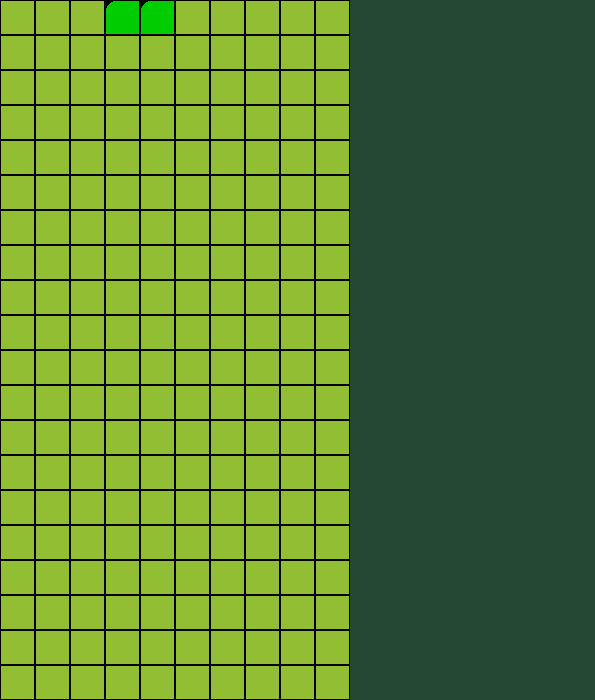
Repository: lucacdev/Tetris
Script's output: python assets/main.py
An editor plug-in stored every save of this project. The script's output is shown before and after the next save, followed by the edit.
The window is shown after at most 60 frames with no key pressed. Random numbers start from a fixed seed.

Above is the script's output before, as saved 2024-03-02 14:06:51.

### assets/main.py
from settings import *
from tetris import Tetris
import sys
import pathlib

class App:
    def __init__(self):
        pg.init()
        pg.display.set_caption('Tetris')
        self.screen = pg.display.set_mode(WIN_RES)
        self.clock = pg.time.Clock()
        self.set_timer()
        # self.images = self.load_images()
        self.tetris = Tetris(self)

    """ def load_images(self):
        files = [item for item in pathlib.Path(SPRITE_DIR_PATH).rglob('*.png') if item.is_file()]
        images = [pg.image.load(file).convert_alpha() for file in files]
        images = [pg.transform.scale(image, (TILE_SIZE, TILE_SIZE)) for image in images]
        return images """

    def set_timer(self):
        self.user_event = pg.USEREVENT
        self.fast_user_event = pg.USEREVENT + 1
        self.anim_trigger = False
        self.fast_anim_trigger = False
        pg.time.set_timer(self.user_event, ANIM_TIME_INTERVAL)
        pg.time.set_timer(self.fast_user_event, FAST_ANIM_TIME_INTERVAL)

    def update(self):
        self.tetris.update()
        self.clock.tick(FPS)

    def draw(self):
        self.screen.fill(color=BG_COLOUR)
        self.screen.fill(color=FIELD_COLOUR, rect=(0, 0, *FIELD_RES))
        self.tetris.draw()
        pg.display.flip()

    def check_events(self):
        self.anim_trigger = False
        self.fast_anim_trigger = False
        for event in pg.event.get():
            if event.type == pg.QUIT or (event.type == pg.KEYDOWN and event.key == pg.K_ESCAPE):
                pg.quit()
                sys.exit()
            elif event.type == pg.KEYDOWN:
                self.tetris.control(pressed_key=event.key)
            elif event.type == self.user_event:
                self.anim_trigger = True
            elif event.type == self.fast_user_event:
                self.fast_anim_trigger = True

    def run(self):
        while True:
            self.check_events()
            self.update()
            self.draw()

if __name__ == '__main__':
    app = App()
    app.run()

### assets/settings.py
import pygame as pg

vec = pg.math.Vector2

FPS = 60
FIELD_COLOUR = (146, 190, 51)
BG_COLOUR = (37, 72, 50)

# SPRITE_DIR_PATH = 'assets/sprites'

ANIM_TIME_INTERVAL = 150 # ms
FAST_ANIM_TIME_INTERVAL = 15 # ms

TILE_SIZE = 35
FIELD_SIZE = FIELD_W, FIELD_H = 10, 20
FIELD_RES = FIELD_W * TILE_SIZE, FIELD_H * TILE_SIZE

FIELD_SCALE_W, FIELD_SCALE_H = 1.7, 1.0
WIN_RES = WIN_W, WIN_H = FIELD_RES[0] * FIELD_SCALE_W, FIELD_RES[1] * FIELD_SCALE_H

INIT_POS_OFFSET = vec(FIELD_W // 2 - 1, 0)
MOVE_DIRECTIONS = {'left': vec(-1, 0), 'right': vec(1, 0), 'down': vec(0, 1)}

TETROMINOES = {
    'O' : [(0, 0), (0, -1), (1, 0), (1, -1)],
    'I' : [(0, 0), (0, 1), (0, -1), (0, -2)],
    'S' : [(0, 0), (-1, 0), (0, -1), (1, -1)],
    'Z' : [(0, 0), (1, 0), (0, -1), (-1, -1)],
    'L' : [(0, 0), (1, 0), (0, -1), (0, -2)],
    'J' : [(0, 0), (-1, 0), (0, -1), (0, -2)],
    'T' : [(0, 0), (-1, 0), (1, 0), (0, -1)]
}

TETROMINOES_COLOURS = {
    'O' : (205, 205, 0),
    'I' : (0, 205, 205),
    'S' : (0, 205, 0),
    'Z' : (205, 0, 0),
    'L' : (205, 102, 0),
    'J' : (0, 0, 205),
    'T' : (154, 0, 205)
}

### assets/tetris.py
from settings import *
import math
from tetromino import Tetromino

class Tetris:
    def __init__(self, app):
        self.app = app
        self.sprite_group = pg.sprite.Group()
        self.field_array = self.get_field_array()
        self.tetromino = Tetromino(self)
        self.speed_up = False

    def check_full_lines(self):
        row = FIELD_H - 1
        for y in range(FIELD_H - 1, -1, -1):
            for x in range(FIELD_W):
                self.field_array[row][x] = self.field_array[y][x]

                if self.field_array[y][x]:
                    self.field_array[row][x].pos = vec(x, y)

            if sum(map(bool, self.field_array[y])) < FIELD_W:
                row -= 1
            else:
                for x in range(FIELD_W):
                    self.field_array[row][x].alive = False
                    self.field_array[row][x] = 0

    def put_blocks_in_array(self):
        for block in self.tetromino.blocks:
            x, y = int(block.pos.x), int(block.pos.y)
            self.field_array[y][x] = block

    def get_field_array(self):
        return [[0 for x in range(FIELD_W)] for y in range(FIELD_H)]

    def check_landing(self):
        if self.tetromino.landing:
            self.speed_up = False
            self.put_blocks_in_array()
            self.tetromino = Tetromino(self)

    def control(self, pressed_key):
        if pressed_key == pg.K_LEFT:
            self.tetromino.move(direction='left')
        elif pressed_key == pg.K_RIGHT:
            self.tetromino.move(direction='right')
        elif pressed_key == pg.K_UP:
            self.tetromino.rotate()
        elif pressed_key == pg.K_DOWN:
            self.speed_up = True

    def draw_grid(self):
        for x in range (FIELD_W):
            for y in range (FIELD_H):
                pg.draw.rect(self.app.screen, 'black',
                             (x * TILE_SIZE, y * TILE_SIZE, TILE_SIZE, TILE_SIZE), 1)

    def update(self):
        trigger = [self.app.anim_trigger, self.app.fast_anim_trigger][self.speed_up]
        if trigger:
            self.check_full_lines()
            self.tetromino.update()
            self.check_landing()
        self.sprite_group.update()

    def draw(self):
        self.draw_grid()
        self.sprite_group.draw(self.app.screen)

### assets/tetromino.py
from settings import *
import random
from threading import Timer

class Block(pg.sprite.Sprite):
    def __init__(self, tetromino, pos):
        self.tetromino = tetromino
        self.pos = vec(pos) + INIT_POS_OFFSET
        self.alive = True

        super().__init__(tetromino.tetris.sprite_group)
        # self.image = tetromino.image
        self.image = pg.Surface([TILE_SIZE, TILE_SIZE])
        pg.draw.rect(self.image, tetromino.image, (1, 1, TILE_SIZE - 2, TILE_SIZE - 2), border_top_left_radius = 10)
        self.rect = self.image.get_rect()

    def is_alive(self):
        if not self.alive:
            self.kill()

    def rotate(self, pivot_pos):
        translated = self.pos - pivot_pos
        rotated = translated.rotate(90)
        return rotated + pivot_pos

    def set_rect_pos(self):
        self.rect.topleft = self.pos * TILE_SIZE

    def update(self):
        self.is_alive()
        self.set_rect_pos()

    def is_collide(self, pos):
        x, y = int(pos.x), int(pos.y)
        if 0 <= x < FIELD_W and y < FIELD_H and (y < 0 or not self.tetromino.tetris.field_array[y][x]):
            return False
        return True

class Tetromino:
    def __init__(self, tetris):
        self.tetris = tetris
        self.shape = random.choice(list(TETROMINOES.keys()))
        # self.image = random.choice(tetris.app.images)
        self.image = TETROMINOES_COLOURS[self.shape]
        self.blocks = [Block(self, pos) for pos in TETROMINOES[self.shape]]
        self.landing = False

    def rotate(self):
        pivot_pos = self.blocks[0].pos
        new_block_positions = [block.rotate(pivot_pos) for block in self.blocks]

        if not self.is_collide(new_block_positions):
            for i, block in enumerate(self.blocks):
                block.pos = new_block_positions[i]

    def is_collide(self, block_positions):
        return any(map(Block.is_collide, self.blocks, block_positions))

    def move(self, direction):
        move_direction = MOVE_DIRECTIONS[direction]
        new_block_positions = [block.pos + move_direction for block in self.blocks]
        is_collide = self.is_collide(new_block_positions)

        if not is_collide:
            for block in self.blocks:
                block.pos += move_direction
        elif direction == 'down':
            self.landing = True

    def update(self):
        self.move(direction='down')

After the next save:
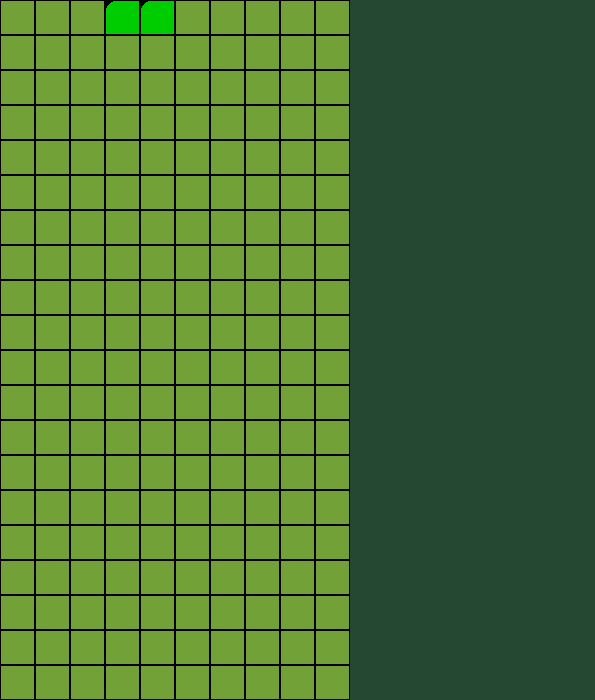
Saved 81 s later.
--- a/assets/settings.py
+++ b/assets/settings.py
@@ -3,7 +3,7 @@
 vec = pg.math.Vector2
 
 FPS = 60
-FIELD_COLOUR = (146, 190, 51)
+FIELD_COLOUR = (114, 161, 55)
 BG_COLOUR = (37, 72, 50)
 
 # SPRITE_DIR_PATH = 'assets/sprites'
